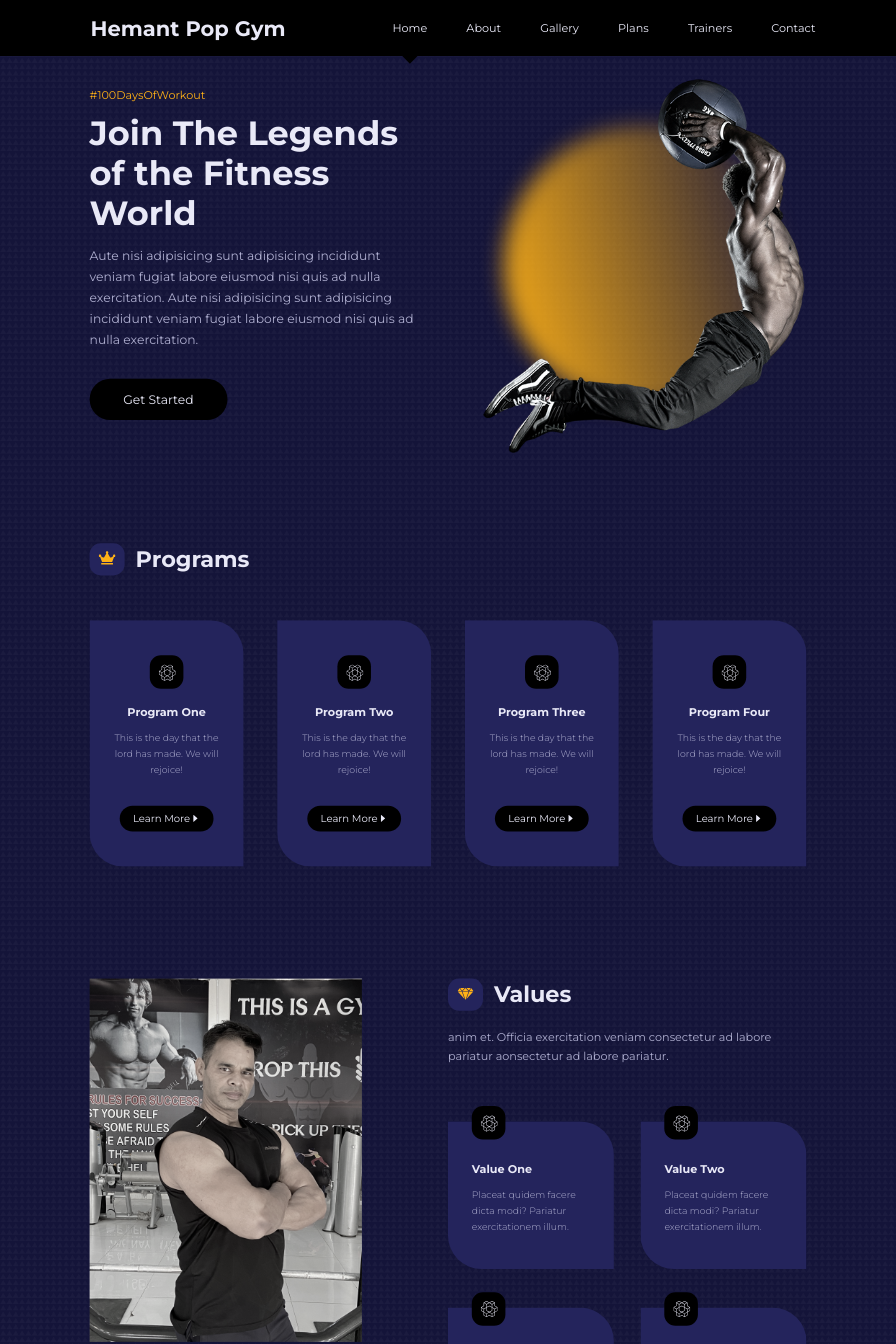
Repository: aryaMode/gym-portfolio
Page: /
The author's editor kept a copy of each file at every save. The page is drawn from the files as they stood at one save, then again after the next save.
The browser window is 1280 px wide. The pictures show the part of the page from y = 0 to 1920 px (the page is 3960 px tall), at 70% of full size.
The project was rebuilt for these pictures with package versions that can differ from the ones it lists, and the page was loaded fresh each time. Also part of the build but not shown: src/pages/about/about.css, src/components/Header.jsx, src/pages/about/About.jsx, src/pages/contact/contact.css, src/pages/contact/Contact.jsx, src/pages/gallery/gallery.css, src/pages/gallery/Gallery.jsx, src/pages/notFound/notFound.css and 6 more.

Above is the page before, as saved 2023-07-20 16:20:48.

After the next save:
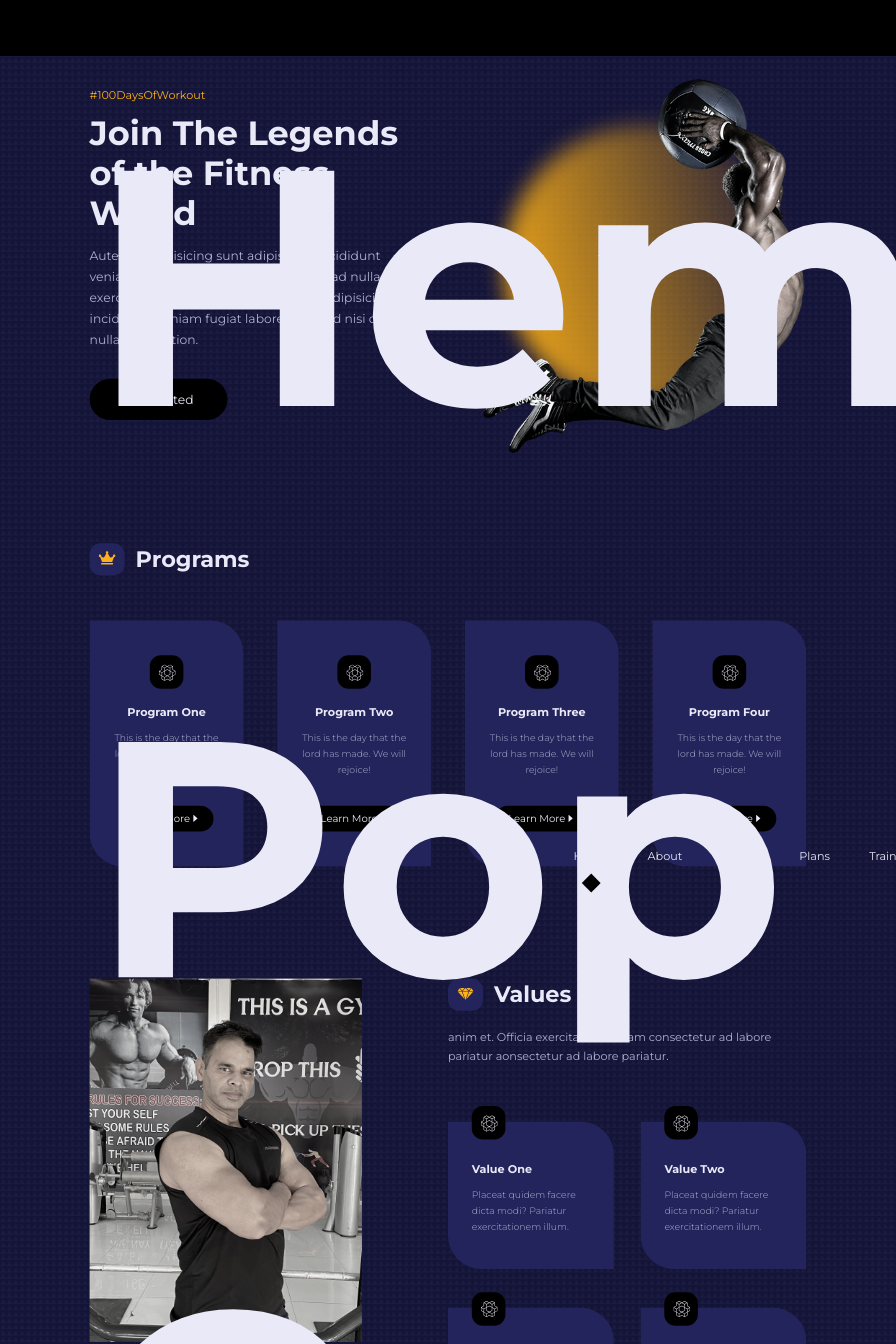
Saved 6 s later.
--- a/src/components/navbar.css
+++ b/src/components/navbar.css
@@ -25,7 +25,7 @@ nav{
 
 .logo{
     width: 50vw;
-    font-size: 30px;
+    font-size: 30rem;
     font-weight: bold;
     margin-right: 50px;
     display: flex;
